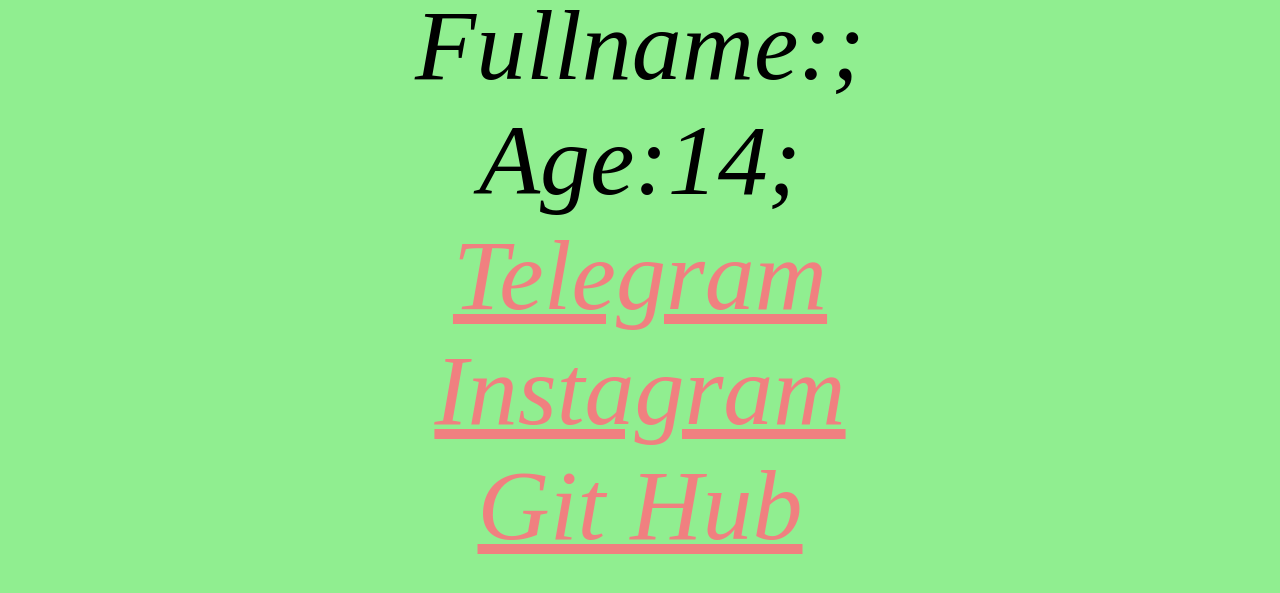
Repository: KHANas02/JS_first-lesson
Page: portfolio.html
These files come from the project's save history. The page is drawn as it stood at one moment and after the next save; the edit follows.
The browser window is 1280 px wide. The pictures show the whole page.

Above is the page before, as saved 2024-03-23 09:50:19.

### portfolio.html
<!DOCTYPE html>
<html lang="en">
  <head>
    <meta charset="UTF-8" />
    <meta name="viewport" content="width=device-width, initial-scale=1.0" />
    <title>About me</title>
    <link rel="stylesheet" href="./index.html" />
    <style>
      body {
        background-color: lightgreen;
        text-align: center;
        position: relative;
        bottom: 20px;
      }
      a:hover {
        scale: 125%;
      }
      em:hover {
        scale: 90%;
      }
      em {

        font-size: 100px;
        font-weight: 100px;
      }
      a {
        color: lightcoral;
        font-size: 100px;
        font-weight: 100px;
      }
    </style>
  </head>
  <body>
    <address>
      <em> Fullname:;</em>
      <br />
      <em> Age:14;</em><br />
      <a target="_blank" href="https://t.me/wzb_02">Telegram</a>
      <br />
      <a target="_blank" href="#">Instagram</a>
      <br />
      <a target="_blank" href="https://github.com/KHANas02">Git Hub</a>
    </address>
  </body>
</html>

### index.html
<!DOCTYPE html>
<html lang="en">
  <head>
    <meta charset="UTF-8" />
    <meta name="viewport" content="width=device-width, initial-scale=1.0" />
    <title>Market</title>
    <link rel="stylesheet" href="./style.css" />
  </head>
  <body>
    <video autoplay loop muted plays-inline class="background-video">
      <source
        src="https://github.com/ecemgo/mini-samples-great-tricks/assets/13468728/82f375e7-244f-4c21-90ac-9abd7549ed05"
        type="video/mp4"
      />
    </video>

    <input type="checkbox" id="check" />
    <label for="check" class="icons">
      <i class="bx bx-menu" id="menu-icon"></i>
      <i class="bx bx-x" id="close-icon"></i>
    </label>

    <nav class="navbar">
      <a target="_blank" href="#" class="nav-item" style="--i: 0">Home</a>
      <a target="_blank" href="#" class="nav-item" style="--i: 1">Book</a>
      <a target="_blank" href="#" class="nav-item" style="--i: 2">Favorites</a>
      <a target="_blank" href="#" class="nav-item" style="--i: 3">Contact</a>
      <a target="_blank" href="#" class="nav-item" style="--i: 4">About us</a>
      <a target="_blank" href="#" class="nav-item" style="--i: 5">Services</a>
      <a target="_blank" href="#" class="nav-item" style="--i: 6">Services</a>
      <a target="_blank" href="portfolio.html" class="nav-item" style="--i: 7"
        >Portfolio</a
      >
      <a target="_blank" href="sale.html" class="nav-item" style="--i: 6"
        >Sale</a
      >
      <a target="_blank" href="location.html" class="nav-item" style="--i: 6"
        >Our location</a
      >
      <a target="_blank" href="feedback.html" class="nav-item" style="--i: 8"
        >Feedback</a
      >
    </nav>

    <section class="content">
      <h1>Company</h1>
      <a href="#" class="btn light"></a>
    </section>

    <div class="container">
      <div class="card">
        <img src="photo_2024-02-25_17-26-45.jpg" />
        <div class="card__head">Costs:10.000 Sum</div>
      </div>
      <div class="card">
        <img src="photo_2024-02-26_21-07-56.jpg" />
        <div class="card__head">Costs:5.000 Sum</div>
      </div>

      <div class="card">
        <img src="photo_2024-02-26_21-07-54.jpg" />
        <div class="card__head">Costs:7.000 Sum</div>
      </div>

      <div class="card">
        <img src="photo_2024-03-22_22-08-20.jpg" />
        <div class="card__head">Costs:7.000 Sum</div>
      </div>
      <img class="card">
        <img src="photo_2024-03-22_22-21-49.jpg" />
        <div class="card__head">Costs:7.000 Sum</div>
      </img>
    </div>
  </body>
</html>

After the next save:
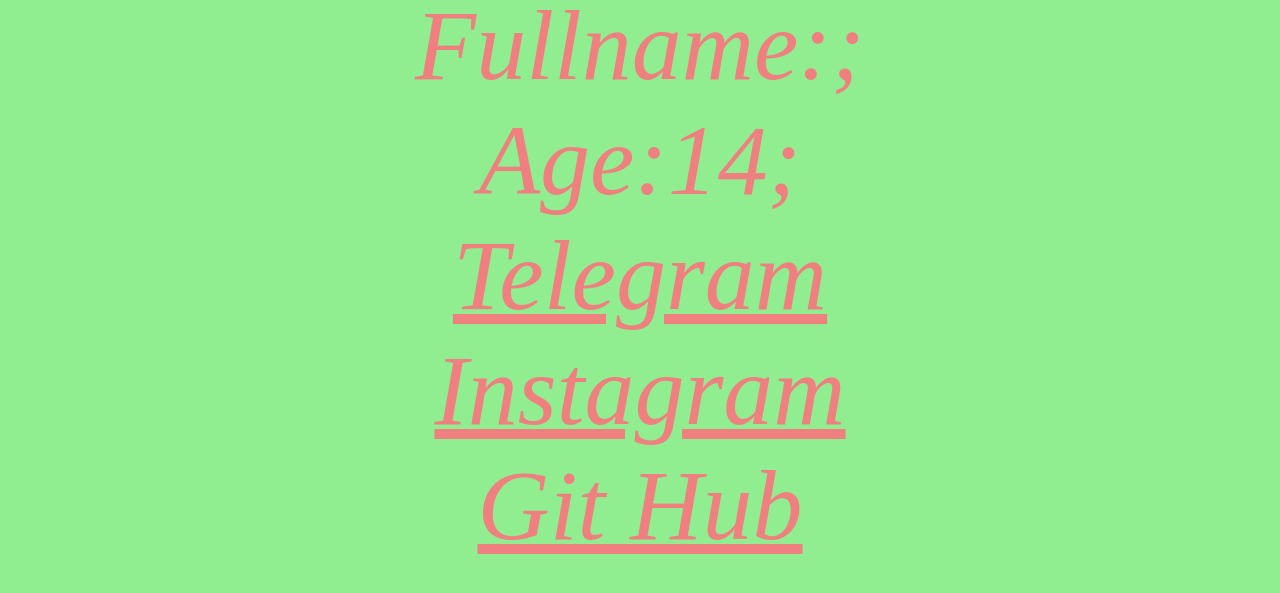
Saved 14 s later.
--- a/portfolio.html
+++ b/portfolio.html
@@ -19,7 +19,7 @@
         scale: 90%;
       }
       em {
-
+        color: lightcoral;
         font-size: 100px;
         font-weight: 100px;
       }
